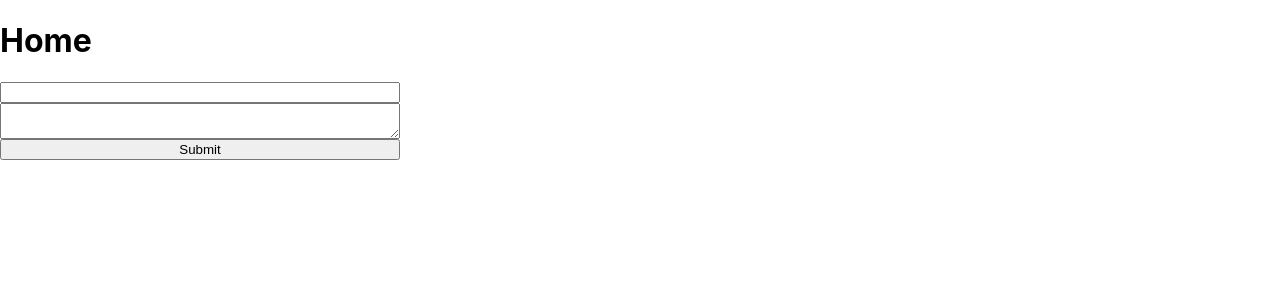
Repository: shaelorch/comp-week4
Page: /addPosts
The author's editor kept a copy of each file at every save. The page is drawn from the files as they stood at one save, then again after the next save.
The browser window is 1280 px wide. The pictures show the whole page.
The project was rebuilt for these pictures with package versions that can differ from the ones it lists, and the page was loaded fresh each time. The framework's server and built-in components were replaced by stand-ins that run in the browser. Also part of the build but not shown: next.config.js.

Above is the page before, as saved 2023-01-31 22:56:26.

### pages/addPosts.js
import { useState } from 'react'
import axios from 'axios'
import { useEffect } from 'react'

export default function Home({posts}) {
    const [title, setTitle] = useState('')
    const [content, setContent] = useState('')

  const handleSubmit = async (e) => {
  e.preventDefault()
  const res = await axios.post('/api/posts', { title, content })
    console.log(res.data)
  }

  return <div>
  <h1>Home</h1>

        <form onSubmit={handleSubmit} style={{display: "flex", flexDirection: "column", maxWidth: "400px"}}>
          <input type="text" value={title} onChange={(e) => setTitle(e.target.value)} />
          <textarea value={content} onChange={(e) => setContent(e.target.value)} />
          <button type="submit">Submit</button>
        </form>

    </div>
  }

Loaded but not shown: pages/_app.js (common file); styles/globals.css (common file)

After the next save:
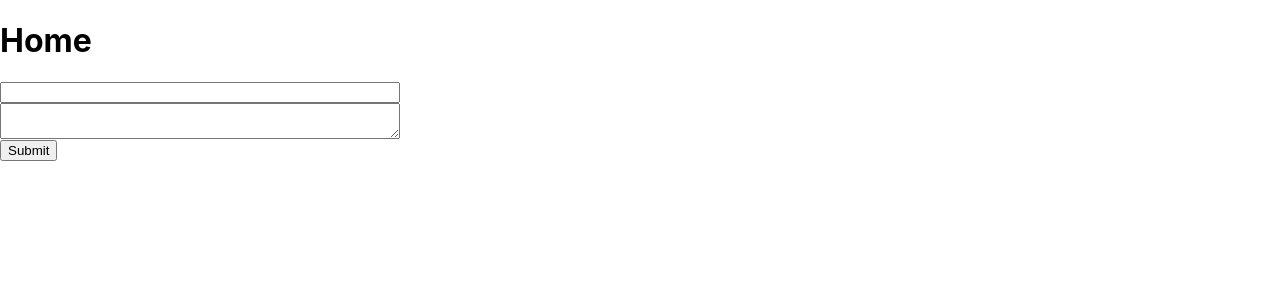
Saved 34 s later.
--- a/pages/addPosts.js
+++ b/pages/addPosts.js
@@ -18,7 +18,9 @@
         <form onSubmit={handleSubmit} style={{display: "flex", flexDirection: "column", maxWidth: "400px"}}>
           <input type="text" value={title} onChange={(e) => setTitle(e.target.value)} />
           <textarea value={content} onChange={(e) => setContent(e.target.value)} />
-          <button type="submit">Submit</button>
+          <a>
+            <button type="submit">Submit</button>
+          </a>
         </form>
 
     </div>

After the 2 saves that followed:
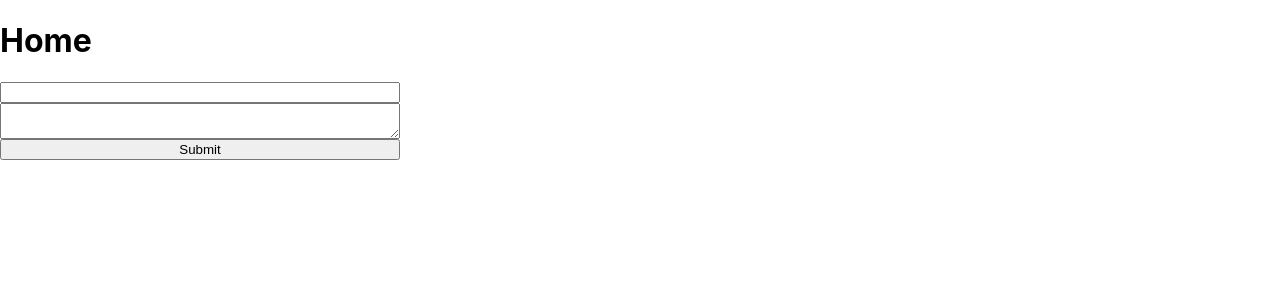
The 2 saves are shown as one change because 1 left the picture as it was.
The last was saved 58 s later.
--- a/pages/addPosts.js
+++ b/pages/addPosts.js
@@ -18,9 +18,9 @@
         <form onSubmit={handleSubmit} style={{display: "flex", flexDirection: "column", maxWidth: "400px"}}>
           <input type="text" value={title} onChange={(e) => setTitle(e.target.value)} />
           <textarea value={content} onChange={(e) => setContent(e.target.value)} />
-          <a>
-            <button type="submit">Submit</button>
-          </a>
+
+            <button type="submit" href="/">Submit</button>
+
         </form>
 
     </div>
